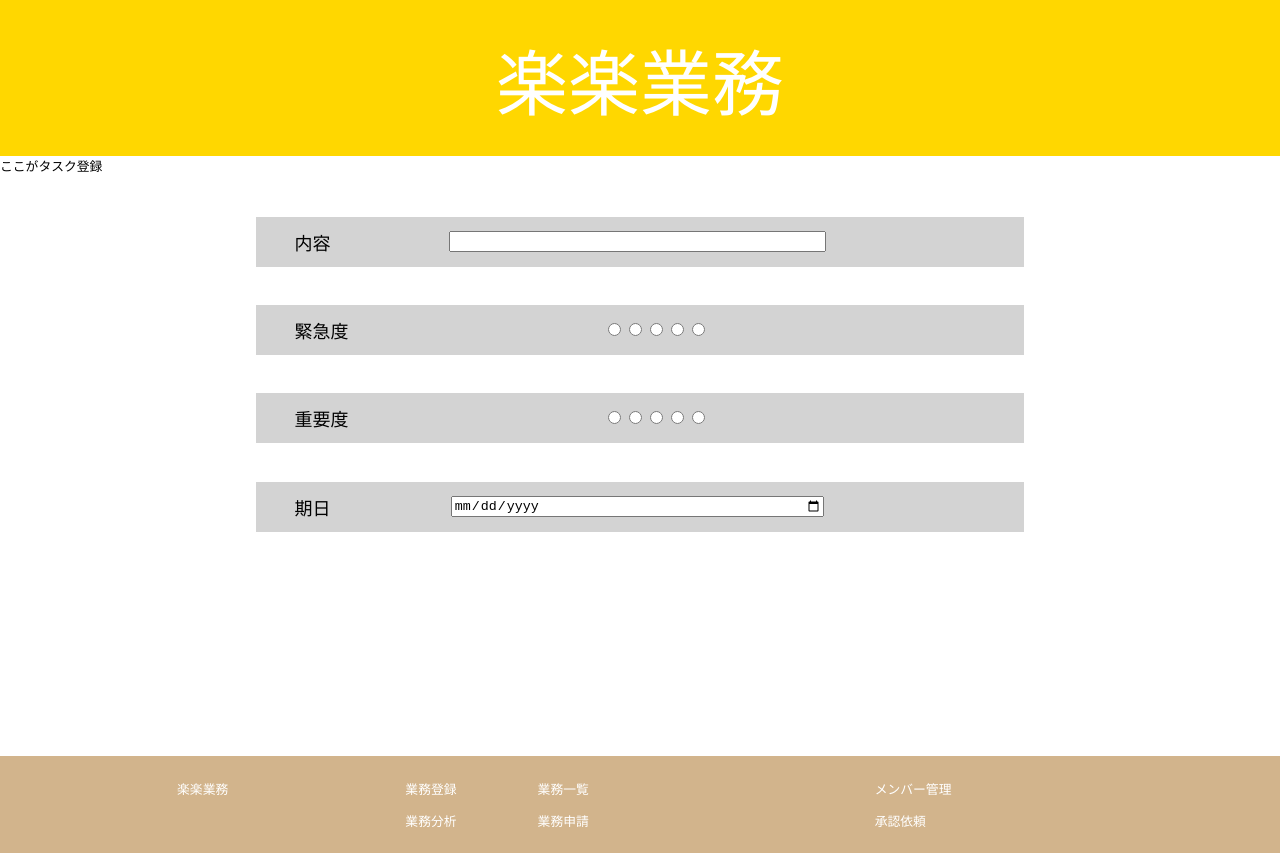
Repository: Reiya-1003/VueReplaceTask
Page: /#/register
These files come from the project's save history. The page is drawn as it stood at one moment and after the next save; the edit follows.
The browser window is 1280 px wide. The pictures show the whole page.
The project was rebuilt for these pictures with package versions that can differ from the ones it lists, and the page was loaded fresh each time. Also part of the build but not shown: vue.config.js, src/components/pages/PageHome.vue.

Above is the page before, as saved 2022-06-16 15:46:27.

### public/index.html
<!DOCTYPE html>
<html lang="">
  <head>
    <meta charset="utf-8">
    <meta http-equiv="X-UA-Compatible" content="IE=edge">
    <meta name="viewport" content="width=device-width,initial-scale=1.0">
    <link rel="icon" href="<%= BASE_URL %>favicon.ico">
    <link rel="stylesheet" href="style.css">
    <title><%= htmlWebpackPlugin.options.title %></title>
  </head>
  <body>
    <noscript>
      <strong>We're sorry but <%= htmlWebpackPlugin.options.title %> doesn't work properly without JavaScript enabled. Please enable it to continue.</strong>
    </noscript>
    <div id="app"></div>
    <!-- built files will be auto injected -->
  </body>
</html>

### src/main.js
import Vue from 'vue'
import App from './App.vue'
import router from './roter'

Vue.config.productionTip = false


new Vue({
  router,
  render: h => h(App),
}).$mount('#app')

### src/App.vue
<template>
  <div>
      <PageHeader />

        <!-- <PageHome /> -->
        <router-view />

      <PageFooter />
  </div>
</template>

<script>
import PageHeader from "./components/modules/PageHeader";
import PageFooter from "./components/modules/PageFooter";


export default {
  name: 'App',
  components: {
    PageHeader,
    PageFooter,


  },

}
</script>

<style>

</style>

### src/roter.js
import Vue from 'vue'
import VueRouter from 'vue-router'
import Home from '@/components/pages/PageHome.vue'
import Register from '@/components/pages/PageRegister.vue'




Vue.use(VueRouter)

export default new VueRouter({
  // デフォルトの挙動では URL に `#` が含まれる.
  // URL から hash を取り除くには `mode:history` を指定する
  // mode: 'history',
  base: __dirname,

  routes: [
    {
      path: '/',
      name: 'home',
      component: Home
    },
    {
      path: '/register',
      name: 'register',
      component: Register
    },



  ]

})

### src/components/modules/PageHeader.vue
<template>
  <header id="headerblock">

    <h1 id="title" ><router-link to="/" >楽楽業務</router-link></h1>


  </header>
</template>

<script>
export default {
  name: 'PageHeader',

}
</script>


<style lang="scss" type="text/css">
  #headerblock{
    height: 10%;
    width: 100%;
    background-color: #ffd700;
    h1{
      margin: 0;
      text-align: center;
      padding: 2%;
      color: white;
      font-size: 10vh;
      font-weight: normal;
      a{
      cursor: pointer;
      color: inherit;
      text-decoration: none;
    }
    }


  }
</style>

### src/components/modules/PageFooter.vue
<template>
  <div id="footblock">

    <div class="flexitem1">
      <p><router-link to="/" >楽楽業務</router-link></p>
    </div>
    <div class="flexitem2">
      <div>
        <!-- roter-linkになると思う -->
        <p><router-link to="/register">業務登録</router-link></p>
        <p>業務分析</p>
      </div>
      <div class="item">
        <p>業務一覧</p>
        <p>業務申請</p>
      </div>
    </div>
    <div class="flexitem3">
      <p>メンバー管理</p>
      <p>承認依頼</p>
    </div>


  </div>
</template>

<script>
export default {
  name: 'PageFooter',

}
</script>


<style lang="scss" type="text/css">
  #footblock{
    background-color: #d2b48c;
    color: white;
    display: flex;
    justify-content: space-around;

    .flexitem1{
      width: 100%;
      text-align: center;
      padding-top: 10px;
      padding-bottom: 10px;
      a{
      cursor: pointer;
      color: inherit;
      text-decoration: none;
      }
    }
    .flexitem2{
      width: 100%;
      display: flex;
      padding-top: 10px;
      padding-bottom: 10px;
      justify-content: flex-start;
      a{
      cursor: pointer;
      color: inherit;
      text-decoration: none;
      }
      .item{
        padding-left: 20%;
      }
    }
    .flexitem3{
      padding-top: 10px;
      padding-bottom: 10px;
      padding-left: 5%;
      width: 100%;
      a{
      cursor: pointer;
      color: inherit;
      text-decoration: none;
      }
    }
  }
</style>

### src/components/pages/PageRegister.vue
<template>
  <div style="height: 600px">
    <div>ここがタスク登録</div>

    <div class="listbox">
      <div class="listitem"><span class="itemtitle">内容</span><span class="item"><input type="text" class="textinput"></span></div>
      <div class="listitem"><span class="itemtitle">緊急度</span><span class="item"><input type="radio"><input type="radio"><input type="radio"><input type="radio"><input type="radio"></span></div>
      <div class="listitem"><span class="itemtitle">重要度</span><span class="item"><input type="radio"><input type="radio"><input type="radio"><input type="radio"><input type="radio"></span></div>
      <div class="listitem"><span class="itemtitle">期日</span><span class="item"><input type="date" class="dateinput"></span></div>
    </div>

  </div>
</template>

<script>
export default {
  name: "PageRegister",
};
</script>

<style lang="scss" type="text/css">
.listbox {
  margin: 3px auto;
  height: 400px;
  width: 60%;
  display: flex;
  flex-direction: column;

  .listitem{
   height: 50px;
   display: flex;
   align-items: center;
   margin-top: 5%;
   background-color:lightgray;
   text-align: center;
   .itemtitle{
     margin-left: 5%;
     font-size: large;
   }
   .item{
     width: 80%;
       .textinput{
         width: 60%;
       }
       .dateinput{
         width: 60%;
       }
     }
  }




}
</style>

### public/style.css
body{
  margin: 0;
  font-size: 1vmax;
}

After the next save:
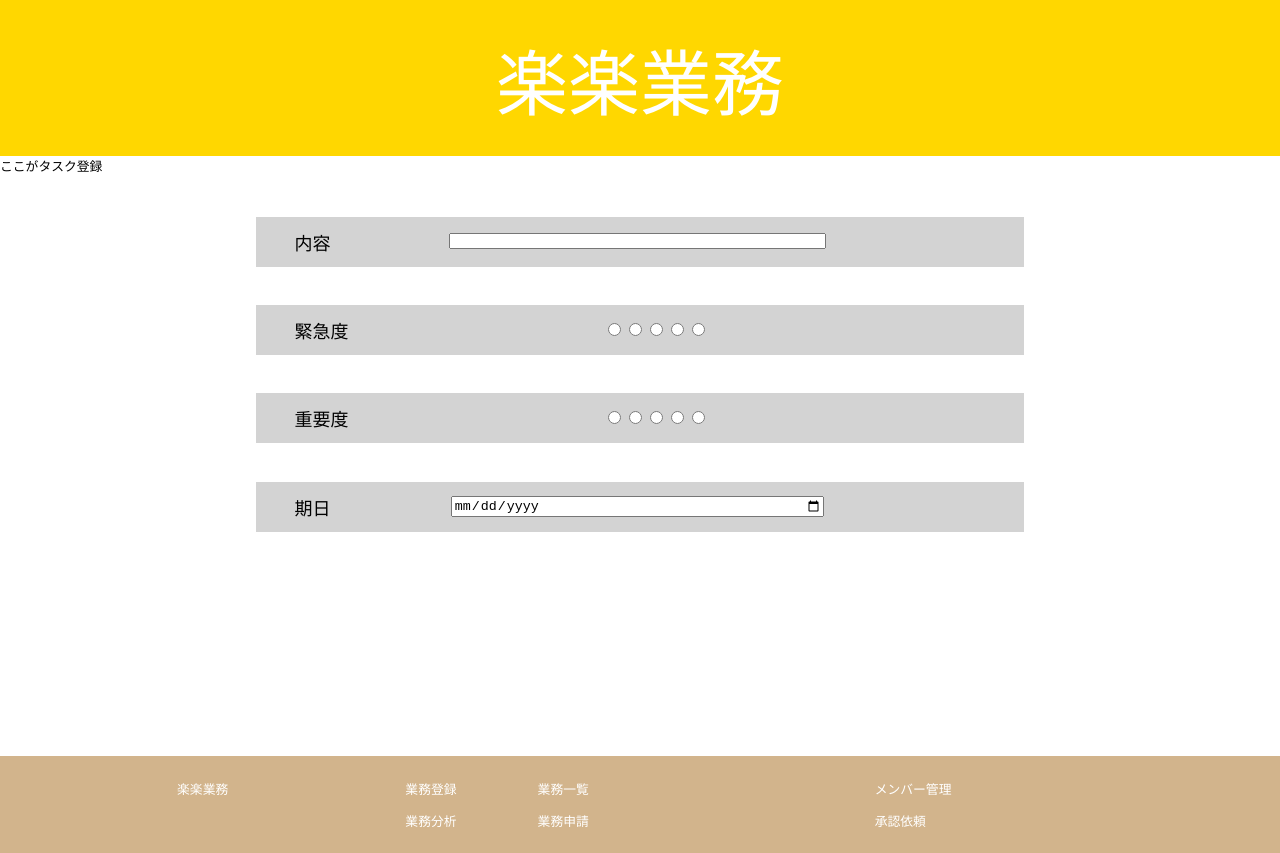
Saved 38 s later.
--- a/src/components/pages/PageRegister.vue
+++ b/src/components/pages/PageRegister.vue
@@ -41,6 +41,7 @@ export default {
      width: 80%;
        .textinput{
          width: 60%;
+         height: 10px;
        }
        .dateinput{
          width: 60%;
